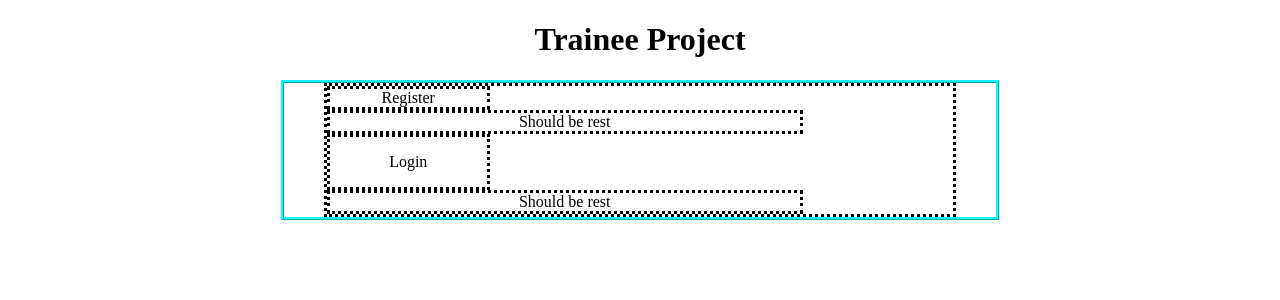
Repository: LsCodeMaster/Training
Page: Trainee/WebContent/trainee.html
These files come from the project's save history. The page is drawn as it stood at one moment and after the next save; the edit follows.
The browser window is 1280 px wide. The pictures show the whole page.

Above is the page before, as saved 2015-09-15 10:02:00.

### Trainee/WebContent/trainee.html
<!DOCTYPE html>
<html>
<head>
<meta charset="ISO-8859-1">
<title>Trainee Project</title>
<link type = "text/css" href="css/style.css" rel="stylesheet">
</head>
<body>
	<h1>Trainee Project</h1>
	<div class="centeredBox">
		<div class="border">
			<div class="loginType">
				Register
			</div>
			<div class="loginInfo">
				Should be rest
			</div>
		<div>
			<div class="loginType">
				<p>Login</p>
			</div>
			<div class="loginInfo">
				Should be rest
			</div>
		</div>
	</div>
</body>
</html>

### Trainee/WebContent/css/style.css
.centeredBox{
    margin: auto;
	border-style: ridge;
	border-color: aqua;
	width: 50%;
	padding: 40 px;
	padding-left: 40px;
	padding-right: 40px;
	div{
	}
}
.centeredBox .loginType{
	width: 25%;
	border-style: dotted;
	text-align: center;
}
.centeredBox .loginInfo{
	width:75%;
	border-style: dotted;
	text-align: center;
}
h1{
    text-align: center;
}
.border{
	border-style: dotted;
}

After the next save:
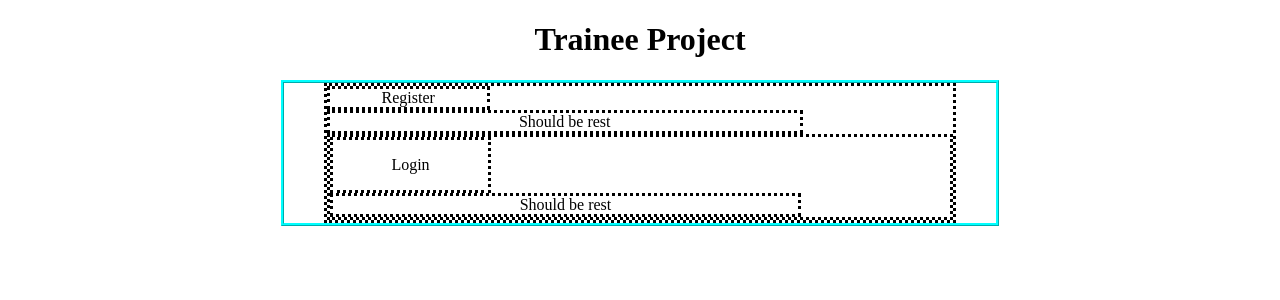
Saved 26 s later.
--- a/Trainee/WebContent/css/style.css
+++ b/Trainee/WebContent/css/style.css
@@ -9,15 +9,15 @@
 	div{
 	}
 }
-.centeredBox .loginType{
-	width: 25%;
+.centeredBox div{
 	border-style: dotted;
 	text-align: center;
 }
+.centeredBox .loginType{
+	width: 25%;
+}
 .centeredBox .loginInfo{
 	width:75%;
-	border-style: dotted;
-	text-align: center;
 }
 h1{
     text-align: center;
